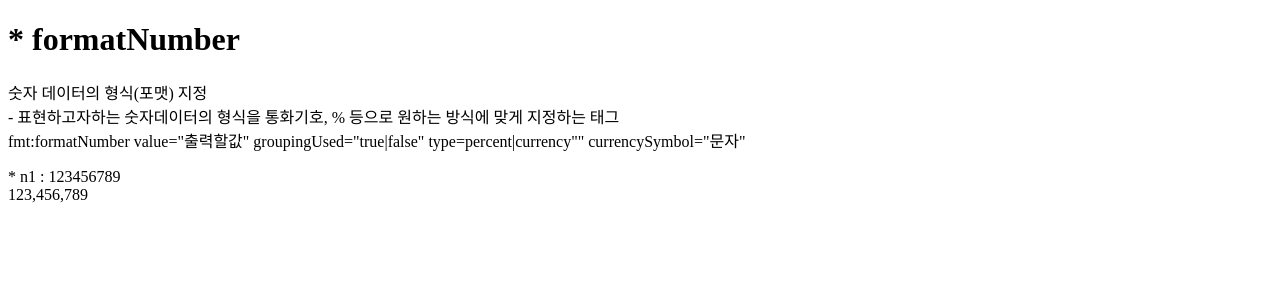
Repository: kkh1396/kh_front
Page: http://localhost/2_jsp/views/4_CustomAction/3_fmt.jsp
The author's editor kept a copy of each file at every save. The page is drawn from the files as they stood at one save, then again after the next save.
The browser window is 1280 px wide. The pictures show the whole page.
The page is served by Tomcat 9. Nobody is signed in. The application's start-up code is not run.

Above is the page before, as saved 2025-03-21 06:42:30.

After the next save:
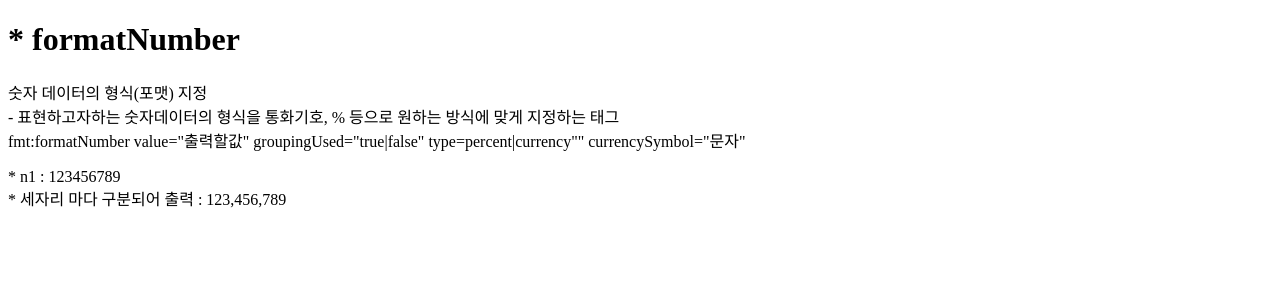
Saved 43 s later.
--- a/05_server/2_jsp/src/main/webapp/views/4_CustomAction/3_fmt.jsp
+++ b/05_server/2_jsp/src/main/webapp/views/4_CustomAction/3_fmt.jsp
@@ -27,7 +27,7 @@
 		<c:set var="n3" value="50000"/>
 
 		* n1 : ${ n1 } <br>
-		<fmt:formatNumber value="${ n1 }">
+		* 세자리 마다 구분되어 출력 : <fmt:formatNumber value="${ n1 }">
 		</fmt:formatNumber>
 
 
